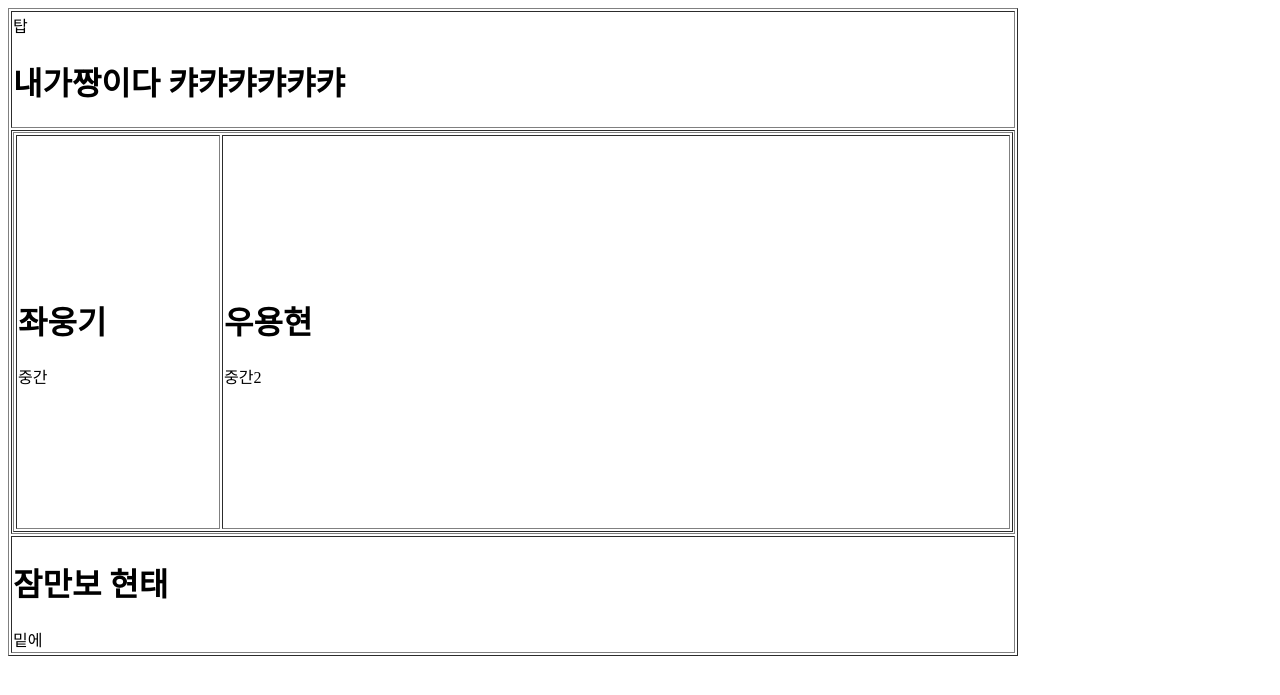
Repository: ikobean/ikoebean
Page: http://localhost/dev_jsp/ch07/index.jsp
An editor plug-in stored every save of this project. The page is shown before and after the next save, followed by the edit.
The browser window is 1280 px wide. The pictures show the whole page.
The page is served by Tomcat 9.

Above is the page before, as saved 2019-07-17 01:59:40.

After the next save:
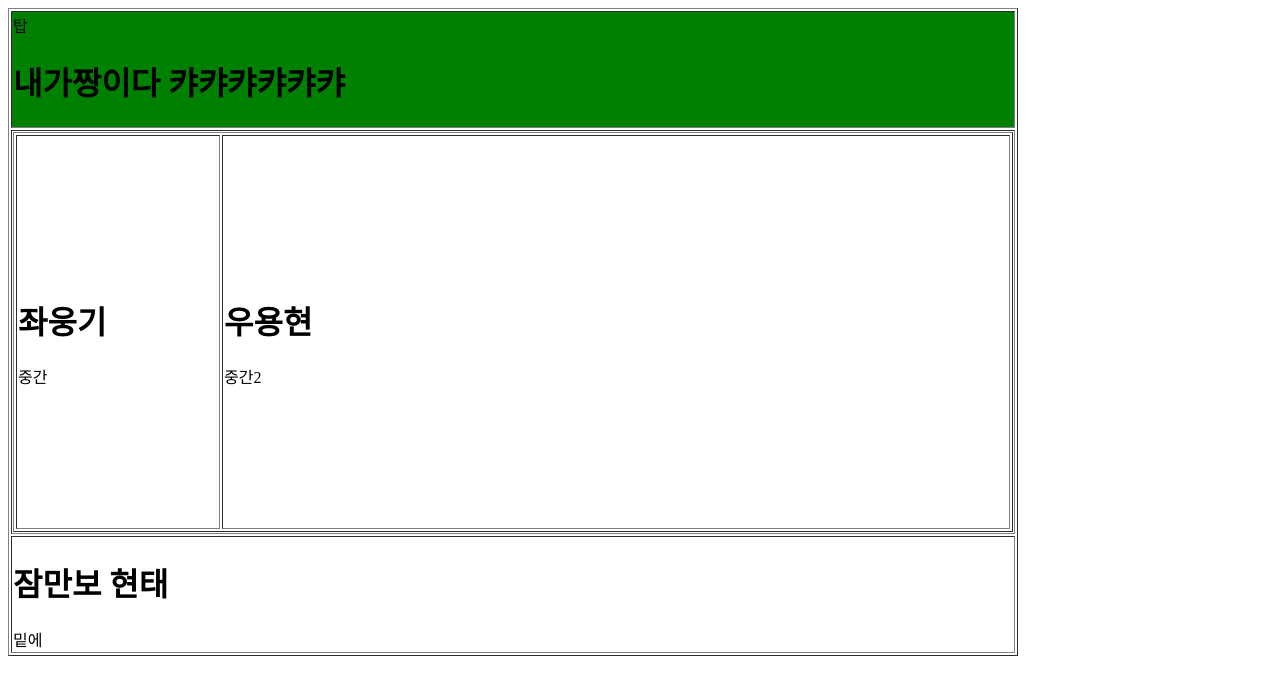
Saved 5 min 50 s later.
--- a/workspace_jsp/dev_jsp/WebContent/ch07/index.jsp
+++ b/workspace_jsp/dev_jsp/WebContent/ch07/index.jsp
@@ -10,7 +10,7 @@
 <table border=1 width="1000" height="500">
 <!-- top 영억 -->
 	<tr>
-	<td height="50">
+	<td height="50" bgcolor=green>
 	탑
 	<jsp:include page="top.jsp" flush="false"/></td>
 	</tr>
